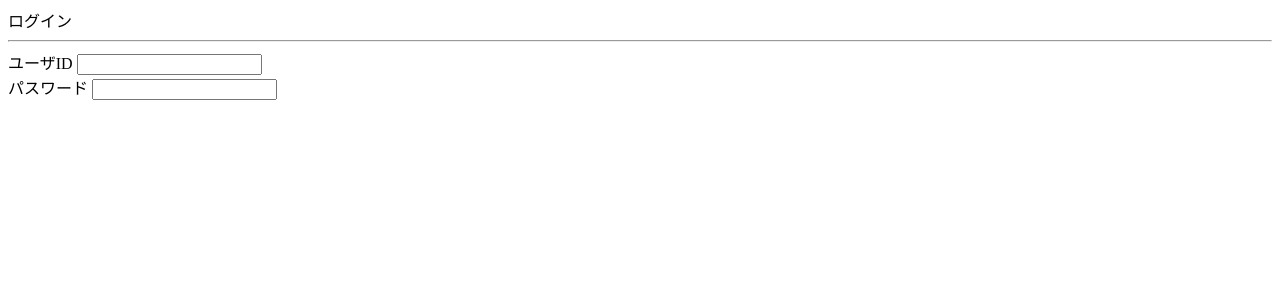
Repository: CodingAllen/JEC_JAVA
Page: http://localhost/kadai1101/login.jsp
The author's editor kept a copy of each file at every save. The page is drawn from the files as they stood at one save, then again after the next save.
The browser window is 1280 px wide. The pictures show the whole page.
The page is served by Tomcat 9. Nobody is signed in. The application's start-up code is not run.

Above is the page before, as saved 2023-07-10 06:34:20.

After the next save:
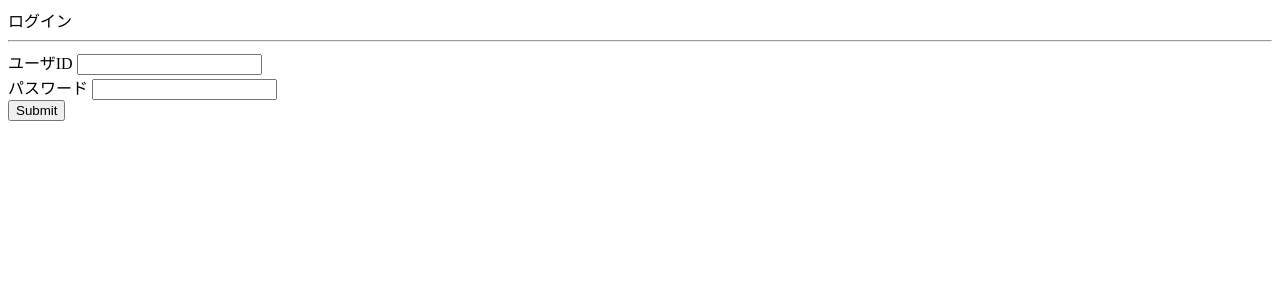
Saved 80 s later.
--- a/pro3/kadai1101/src/main/webapp/login.jsp
+++ b/pro3/kadai1101/src/main/webapp/login.jsp
@@ -12,7 +12,7 @@
 <hr>
 ユーザID <input type="text" name ="userid"><br>
 パスワード <input type="password" name="password"><br>
-<input type="submit" name="
+<input type="submit" name="ログイン">
 </form>
 </body>
 </html>

After the save that followed:
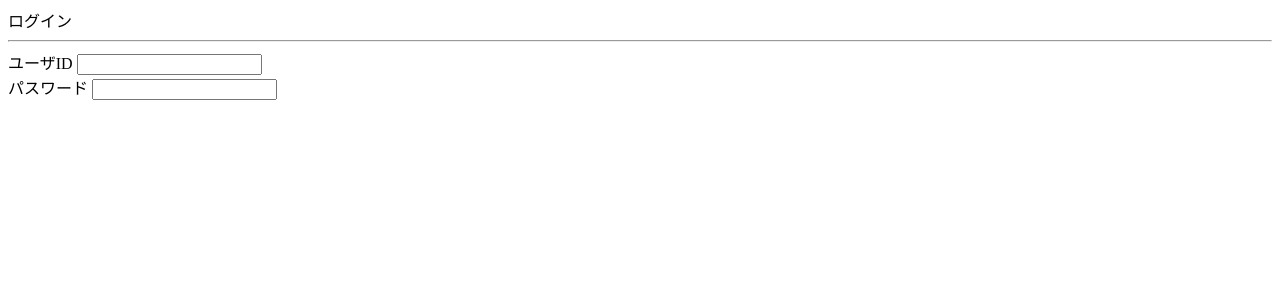
Saved 18 s later.
--- a/pro3/kadai1101/src/main/webapp/login.jsp
+++ b/pro3/kadai1101/src/main/webapp/login.jsp
@@ -12,7 +12,7 @@
 <hr>
 ユーザID <input type="text" name ="userid"><br>
 パスワード <input type="password" name="password"><br>
-<input type="submit" name="ログイン">
+<input type="submit" name="
 </form>
 </body>
 </html>
